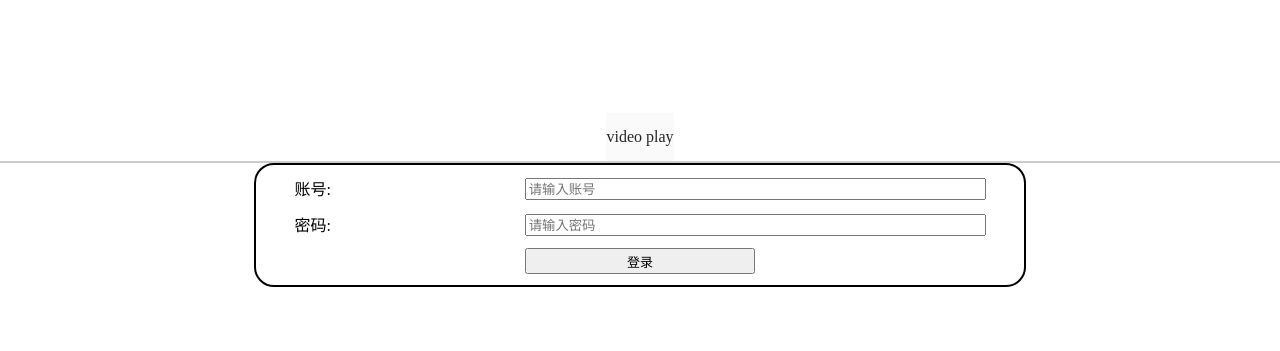
Repository: andycj7/-
Page: web/videoplay/index.html
The author's editor kept a copy of each file at every save. The page is drawn from the files as they stood at one save, then again after the next save.
The browser window is 1280 px wide. The pictures show the whole page.

Above is the page before, as saved 2020-07-16 12:59:30.

### web/videoplay/index.html
<html>

<head>
<meta charset="utf-8">
<meta name="viewport"
	content="initial-scale=1, maximum-scale=1, user-scalable=no, width=device-width">
<title>VideoPlay</title>
<link rel="stylesheet" href="css/base.css">
</head>

<body class="body">
	<div class="title">video play</div>
	<div class="line"></div>
	<div class="div-space"></div>
	<div id="divParentLogin" class="div-parent-login">
		<div class="div-child-login">
			<label class="label-login">账号:</label> <input id="inputUserName"
				class="input-login" type="text" placeholder="请输入账号"></input>
		</div>
		<div class="div-child-login">
			<label class="label-login">密码:</label> <input id="inputPassWord"
				class="input-login" type="password" placeholder="请输入密码"></input>
		</div>
		<div class="div-child-login">
			<button class="button-login" onclick="on_login()">登录</button>
		</div>
	</div>

	<div id="divParentPlay" class="div-parent-play">
		<div class="div-child-video">
			<video id="videoPlay" class="video-play" preload="auto">
				<source src="./res/video/2.mp4" type="video/mp4">
			</video>
		</div>
		<div class="div-child-control">
			<button class="button-play-1" onclick="on_play()">开始播放</button>
			<button class="button-play-1" onclick="on_pause()">暂停播放</button>
			<button class="button-play-1" onclick="on_finish()">结束播放</button>
		</div>
		<div class="div-child-control">
			<button class="button-play-2" onclick="on_set_mute(true)">静音</button>
			<button class="button-play-2" onclick="on_set_mute(false)">取消静音</button>
			<button class="button-play-2" onclick="on_set_volume(true)">音量+</button>
			<button class="button-play-2" onclick="on_set_volume(false)">音量-</button>
		</div>
	</div>
</body>
<script src="index.js"></script>
</html>

### web/videoplay/css/base.css
@charset "UTF-8";

body {
	margin: 0;
}

.title {
	height: 48px;
	font-size: 16px;
	line-height: 48px;
	text-align: center;
	color: rgba(0, 0, 0, .85);
	background-color: #fafafa;
}

.line {
	width: 100%;
	height: 2px;
	background-color: rgb(204, 204, 204);
}

.body {
	display: flex;
	flex-direction: column;
	justify-content: center;
	align-items: center;
	height: 400px;
}

.div-parent-login {
	display: flex;
	flex-direction: column;
	justify-content: center;
	align-items: center;
	border: 2px solid #000;
	border-radius: 20px;
	height: 30%;
	width: 60%;
}

.div-child-login {
	display: flex;
	flex-direction: row;
	justify-content: space-around;
	align-items: center;
	height: 30%;
	width: 100%;
}

.div-space {
	height: 0%;
	width: 100%;
}

.button-login {
	height: 70%;
	width: 30%;
	font-size: 13px;
}

.label-login {
	height: 70%;
	width: 20%;
}

.input-login {
	height: 60%;
	width: 60%;
}

.div-parent-play {
	display: flex;
	flex-direction: column;
	justify-content: center;
	align-items: center;
	height: 80%;
	width: 100%;
	display: none;
}

.div-child-video {
	height: 60%;
	width: 100%;
}

.div-child-control {
	display: flex;
	flex-direction: row;
	justify-content: space-around;
	align-items: center;
	height: 20%;
	width: 100%;
}

.button-play-1 {
	height: 70%;
	width: 30%;
	font-size: 16px;
}

.button-play-2 {
	height: 70%;
	width: 22%;
	font-size: 15px;
}

.video-play {
	height: 100%;
	width: 100%;
}

### web/videoplay/index.js
/**
 *
 */

const on_login = ()=>{

	let usrName = document.getElementById("inputUserName").value;
	let passWord = document.getElementById("inputPassWord").value;
	if(usrName == "张三" && passWord == "123"){
		document.getElementById("divParentLogin").style.visibility = "hidden";
		document.getElementById("divParentPlay").style.visibility = "visible"
	}
	else{
		alert("登录名或密码错误！！！");
	}
};

const on_play = () => {

	document.getElementById("videoPlay").play();
}

const on_pause = () => {

	document.getElementById("videoPlay").pause();
}

const on_set_mute = (flag) => {

	document.getElementById("videoPlay").muted = flag;
};

const on_set_volume = (flag) => {
	var video = document.getElementById("videoPlay");
	console.log(video.volume+"\n");
	if(flag == true){
		if(video.volume <= 0.9)
			video.volume += Number(0.1);
	}
	else if(flag == false){
		if(video.volume >= 0.1)
			video.volume -= Number(0.1);
	}
}

const on_finish = ()=> {
	document.getElementById("videoPlay").load();
}

### web/videoplay/js/index.js
/**
 *
 */

const on_login = ()=>{

	let usrName = document.getElementById("inputUserName").value;
	let passWord = document.getElementById("inputPassWord").value;
	if(usrName == "张三" && passWord == "123"){
		document.getElementById("divParentLogin").style.visibility = "hidden";
		document.getElementById("divParentPlay").style.visibility = "visible"
	}
	else{
		alert("登录名或密码错误！！！");
	}
};

const on_play = () => {

	document.getElementById("videoPlay").play();
}

const on_pause = () => {

	document.getElementById("videoPlay").pause();
}

const on_set_mute = (flag) => {

	document.getElementById("videoPlay").muted = flag;
};

const on_set_volume = (flag) => {
	var video = document.getElementById("videoPlay");
	console.log(video.volume+"\n");
	if(flag == true){
		if(video.volume <= 0.9)
			video.volume += Number(0.1);
	}
	else if(flag == false){
		if(video.volume >= 0.1)
			video.volume -= Number(0.1);
	}
}

const on_finish = ()=> {
	document.getElementById("videoPlay").load();
}

After the next save:
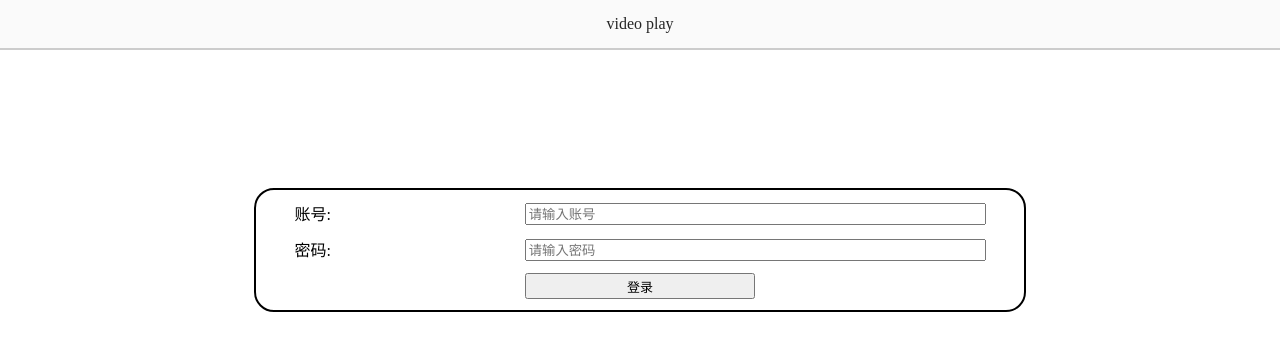
Saved 18 s later.
--- a/web/videoplay/index.html
+++ b/web/videoplay/index.html
@@ -8,42 +8,43 @@
 <link rel="stylesheet" href="css/base.css">
 </head>
 
-<body class="body">
+<body>
 	<div class="title">video play</div>
 	<div class="line"></div>
-	<div class="div-space"></div>
-	<div id="divParentLogin" class="div-parent-login">
-		<div class="div-child-login">
-			<label class="label-login">账号:</label> <input id="inputUserName"
-				class="input-login" type="text" placeholder="请输入账号"></input>
+	<div class="body">
+		<div id="divParentLogin" class="div-parent-login">
+			<div class="div-child-login">
+				<label class="label-login">账号:</label> <input id="inputUserName"
+					class="input-login" type="text" placeholder="请输入账号"></input>
+			</div>
+			<div class="div-child-login">
+				<label class="label-login">密码:</label>
+				<input id="inputPassWord" class="input-login" type="password" placeholder="请输入密码"></input>
+			</div>
+			<div class="div-child-login">
+				<button class="button-login" onclick="on_login()">登录</button>
+			</div>
 		</div>
-		<div class="div-child-login">
-			<label class="label-login">密码:</label> <input id="inputPassWord"
-				class="input-login" type="password" placeholder="请输入密码"></input>
-		</div>
-		<div class="div-child-login">
-			<button class="button-login" onclick="on_login()">登录</button>
-		</div>
-	</div>
 
-	<div id="divParentPlay" class="div-parent-play">
-		<div class="div-child-video">
-			<video id="videoPlay" class="video-play" preload="auto">
-				<source src="./res/video/2.mp4" type="video/mp4">
-			</video>
-		</div>
-		<div class="div-child-control">
-			<button class="button-play-1" onclick="on_play()">开始播放</button>
-			<button class="button-play-1" onclick="on_pause()">暂停播放</button>
-			<button class="button-play-1" onclick="on_finish()">结束播放</button>
-		</div>
-		<div class="div-child-control">
-			<button class="button-play-2" onclick="on_set_mute(true)">静音</button>
-			<button class="button-play-2" onclick="on_set_mute(false)">取消静音</button>
-			<button class="button-play-2" onclick="on_set_volume(true)">音量+</button>
-			<button class="button-play-2" onclick="on_set_volume(false)">音量-</button>
+		<div id="divParentPlay" class="div-parent-play">
+			<div class="div-child-video">
+				<video id="videoPlay" class="video-play" preload="auto">
+					<source src="./res/video/2.mp4" type="video/mp4">
+				</video>
+			</div>
+			<div class="div-child-control">
+				<button class="button-play-1" onclick="on_play()">开始播放</button>
+				<button class="button-play-1" onclick="on_pause()">暂停播放</button>
+				<button class="button-play-1" onclick="on_finish()">结束播放</button>
+			</div>
+			<div class="div-child-control">
+				<button class="button-play-2" onclick="on_set_mute(true)">静音</button>
+				<button class="button-play-2" onclick="on_set_mute(false)">取消静音</button>
+				<button class="button-play-2" onclick="on_set_volume(true)">音量+</button>
+				<button class="button-play-2" onclick="on_set_volume(false)">音量-</button>
+			</div>
 		</div>
 	</div>
 </body>
-<script src="index.js"></script>
+<script src="js/index.js"></script>
 </html>
